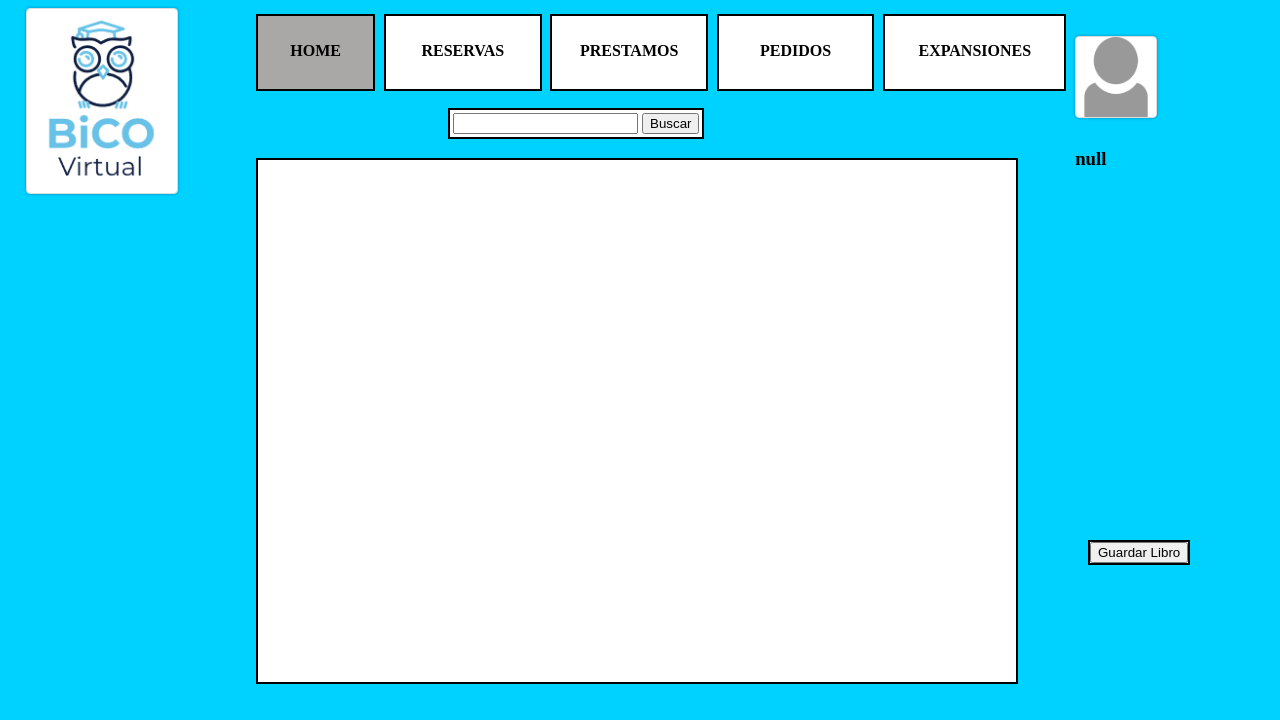
Repository: i72frpeu/IW_Bien
Page: http://localhost/Trabajo_IW/Home (Admin).jsp
An editor plug-in stored every save of this project. The page is shown before and after the next save, followed by the edit.
The browser window is 1280 px wide. The pictures show the whole page.
The page is served by Tomcat 9. Other server files are loaded and not shown.

Above is the page before, as saved 2020-05-27 17:02:48.

### WorkSpace/Trabajo IW/WebContent/Home (Admin).jsp
<%@ page language="java" contentType="text/html; charset=ISO-8859-1" pageEncoding="ISO-8859-1"%>
<%@ include file="Includes/headeradminhome.jsp" %>
<jsp:useBean id="listaLibros" class="trabajo.IW.ListalibrosBean" scope="session" />

<!DOCTYPE html>

<html>

<head>
	<meta charset="ISO-8859-1">
	<title>Home (Admin)</title>
	<link rel="stylesheet" type="text/css" href="CSS/headeradmin.css">
	<link rel="stylesheet" type="text/css" href="CSS/wf4.0.css">
</head>

<body>
  <!--Roll de artículos-->

  <div class="buscador">
  	<form>
  		<table>
  		<tr>
  		<td><input type="text" name="buscar" required></td>
  		<td><input type="submit" value="Buscar"></td>
  		</tr>
  		</table>
  	</form>
  </div>

  <div class="div_home">
    <table class="dos">
    <% for (int i = 0; i < listaLibros.getsize(); i++){%>
        <tr>
          <td>
              <table class="uno">
                  <tr>
                    <td class="td_user_img"><img src="img/libro.png" alt="IMG_USER" class="img_user_2"></td>
                    <td> <h3><%= listaLibros.getLibro(i).getTitulo()  %></h3> </td>
                    <td class="td_user_des">Aqui va la descripcion que será muy larga</td>
                    <td><form action = Controlador/Libro.jsp>
                    	<input type="hidden" name="titulo" value=<%= listaLibros.getLibro(i).getTitulo() %>>
    					<input type="submit" value="Libro">
    				</form>
                    </td>
                  </tr>
                </table>
          </td>
        </tr>
        <%}%>
    </table>
  </div>

  <div class="guardar_libro">
  <a href="Vistas/Guardar Libro.jsp"><button>Guardar Libro</button></a>
  </div>

</body>

</html>

### WorkSpace/Trabajo IW/WebContent/Includes/headeradminhome.jsp
<jsp:useBean id="Usuario" class="trabajo.IW.UsuarioBean" scope="session" />
<!DOCTYPE html>
<html>

<head>
	<meta charset="ISO-8859-1">
</head>

<body>
  <header class="main-header">
    <!--Definimos el logo-->
    <img src="img/logo.PNG" alt="LOGO" class="logo_home">
    <!--Enlace a HOME-->
	<a href="Controlador/Home.jsp" class="link_home"><strong>HOME</strong></a>
    <!--Enlace a Reservas-->
    <a href="Vistas/Home Reservas.jsp" class="link_amigos"><strong>RESERVAS</strong></a>
    <!--Enlace a Prestamos-->
    <a href="Vistas/Home Prestamos.jsp" class="link_buscador"><strong>PRESTAMOS</strong></a>
    <!-- Enlace pedidos -->
    <a href="Vistas/Home Pedidos.jsp" class="link_foro"><strong>PEDIDOS</strong></a>
    <!--Definimos imagen usuario-->
    <a href="Vistas/Home Expansiones.jsp" class="link_Expansiones"><strong>EXPANSIONES</strong></a>
    <div>
      <img src="img/profile-42914_960_720.png" alt="IMG_USER" class="img_user">
      <div class="options_user">
      	<h3><jsp:getProperty name="Usuario" property="usuario" /></h3>
      </div>
    </div>
  </header>
 </body>
 </html>

### WorkSpace/Trabajo IW/src/trabajo/IW/UsuarioBean.java
package trabajo.IW;
import java.io.*;
import java.util.Scanner;
import java.io.IOException;
import java.io.Writer;
import java.io.BufferedWriter;
import java.io.FileWriter;

/**
 * Clase Usuario que contiene la informacion de los usuarios del sistema
 */
public class UsuarioBean {

  private int id;
  private int tipo; //0 = Admin, 1 = Alumno, 2 = Profesor
  private String nombre;
  private String apellido1;
  private String usuario;
  private String password;
  private String email;
  private String carnet_universidad;

  /**
   * Constructor de la clase Usuario sin parametrizar
   */
	public UsuarioBean(){
		this.id = -1;
		this.tipo = -1;
		this.nombre = null;
		this.apellido1 = null;
		this.usuario = null;
		this.password = null;
		this.email = null;
		this.carnet_universidad = null;
	}
	/**
	 * Contructor de la clase Usuario con parametros
	 * @param id
	 * @param tipo
	 * @param nombre
	 * @param apellido1
	 * @param apellido2
	 * @param usuario
	 * @param password
	 * @param email
	 * @param carnet_universidad
	 */
  public UsuarioBean(int id, int tipo, String nombre, String apellido1, String apellido2, String usuario, String password, String email, String carnet_universidad){
		this.id = id;
    this.tipo = tipo;
    this.nombre = nombre;
    this.apellido1 = apellido1;
    this.usuario = usuario;
    this.password = password;
    this.email = email;
    this.carnet_universidad = carnet_universidad;
	}
  /**
   * Observador de ID
   * @return Identificador del Usuario
   */
  public int getID(){
		return id;
	}
  /**
   * Obeservador de Tipo
   * @return Tipo de Usuario
   */
  public int getTipo(){
		return tipo;
	}
  /**
   * Observador de Nombre
   * @return Nombre del Usuario
   */
	public String getNombre(){
		return nombre;
	}
	/**
	 * Observador de Apellido1
	 * @return Apellido de usuario
	 */
  public String getApellido1(){
    return apellido1;
  }
  /**
   * Observador de Usuario
   * @return Usuario de Usuario
   */
  public String getUsuario(){
		return usuario;
	}
  /**
   * Observador de Password
   * @return Contraseña de Usuario
   */
  public String getPassword(){
		return password;
	}
  /**
   * Observador de Email
   * @return Email de Usuario
   */
  public String getEmail(){
		return email;
	}
  /**
   * Observador de Carnet
   * @return Carnet de Usuario
   */
  public String getCarnet(){
		return carnet_universidad;
	}
  /**
   * Modificador de ID
   * @param id
   */
  public void setID(int id){
    this.id = id;
  }
  /**
   * Modificador de Tipo
   * @param tipo
   */
  public void setTipo(int tipo){
    this.tipo = tipo;
  }
  /**
   * Modificador de Nombre
   * @param nombre
   */
  public void setNombre(String nombre){
    this.nombre = nombre;
  }
  /**
   * Modificador de Apellido1
   * @param apellido1
   */
  public void setApellido1(String apellido1){
    this.apellido1 = apellido1;
  }
  /**
   * Modificador de Usuario
   * @param usuario
   */
  public void setUsuario(String usuario){
    this.usuario = usuario;
  }
  /**
   * Modificador de Password
   * @param password
   */
  public void setPassword(String password){
    this.password = password;
  }
  /**
   * Modificador de Email
   * @param email
   */
  public void setEmail(String email){
    this.email = email;
  }
  /**
   * Modificador de Carnet
   * @param carnet_universidad
   */
  public void setCarnet(String carnet_universidad){
    this.carnet_universidad = carnet_universidad;
  }
  /**
   * Iniciador de Sesion del Usuario
   * @param email
   * @param password
   * @return True si se inicia sesion, false si no se inicia
   */
  public boolean iniciarSesion(String email, String password){
	  File f1 = new File("Usuarios.csv");
	  if(f1.exists()) {
		  Scanner fich = null;
		  try {
			  fich = new Scanner(f1);
			  while(fich.hasNext()) {
				  String[] linea = fich.nextLine().split(",");
				  String comp = linea[6];
				  if(comp.equals(email)) {
					 String comp_pass = linea[5];
					 if(comp_pass.equals(password)) {
						 this.setID(Integer.parseInt(linea[0]));
						 this.setTipo(Integer.parseInt(linea[1]));
						 this.setNombre(linea[2]);
						 this.setApellido1(linea[3]);
						 this.setUsuario(linea[4]);
						 this.setEmail(linea[6]);
						 this.setCarnet(linea[7]);

						 return true;
					 }
				  }
			  }
		  }catch(IOException e) {
				System.out.println(e);
		  }finally{
				fich.close();
		}
	  }else {

	  }
	  return false;
  }

  /**
   * Resgistra a Usuario en el sistema
   * @param id
   * @param tipo
   * @param nombre
   * @param apellido1
   * @param usuario
   * @param password
   * @param email
   * @param carnet_universidad
   * @return True si se ha podido registrar, false si no se ha podido
   * @throws IOException
   */
  public boolean registrarse(int id, int tipo, String nombre, String apellido1, String usuario, String password, String email, String carnet_universidad) throws IOException{
	  Writer output = new BufferedWriter(new FileWriter("Usuarios.csv",true));
    String data = id + "," + tipo + "," + nombre + "," + apellido1 + "," + usuario + "," + password + "," + email + "," + carnet_universidad;
    try{
  	   output.append(data + "\n");
  	  output.close();
  	  return true;
    }catch(IOException e) {
	  System.out.println(e);
    }finally{
  	  output.close();
    }
    return false;
  }

  /**
   * Calcula el numero de usuarios en el sistema
   * @return numero de usuarios en el sistema
   */
  public int numeroUsers() {
	  File f1 = new File("Usuarios.csv");
	  if(f1.exists()) {
		  Scanner fich = null;
		  int cont = 0;
		  try {
			  fich = new Scanner(f1);
			  while(fich.hasNext()) {
				  	fich.nextLine();
				  	cont++;
			  }
		  }catch(IOException e) {
				System.out.println(e);
		  }finally{
				fich.close();
		  }
		 return cont+1;
  }
	return -1;

}

}

### WorkSpace/Trabajo IW/src/trabajo/IW/ListalibrosBean.java
package trabajo.IW;

import java.util.ArrayList;
import java.util.List;

import trabajo.DAO.LibroDAO;
/**
 * Clase de lista de Libros
 */
public class ListalibrosBean {
	private List<LibroDAO> listaLibros;

	/**
	 * Constructor de la lista de Libros
	 */
	public ListalibrosBean() {
		this.listaLibros = new ArrayList<LibroDAO>();
	}
	/**
	 * Observador de listaLibros
	 * @return Lista de libros
	 */
	public List<LibroDAO> getListaLibros() {
		return listaLibros;
	}
	/**
	 * Modificador de listaLibros
	 * @param listaLibros
	 */
	public void setListaLibros(List<LibroDAO> listaLibros) {
		this.listaLibros = listaLibros;
	}
	/**
	 * Carga los libros en el sistema
	 */
	public void loadLibros() {
		if(listaLibros.size() != 0) {

		}else {
			for(int i = 0; i < 8; i++) {
				LibroDAO aux = new LibroDAO();
				aux.load_libro_aleatorio(i+1);
				if(aux.getAutor() != null) {
					listaLibros.add(aux);
				}
			}
		}
	}
	/**
	 * Añade un libro a la lista
	 * @param aux
	 */
	public void addlibro(LibroDAO aux) {
		listaLibros.add(aux);
	}
	/**
	 * Observador de libro
	 * @param i
	 * @return Libro de la lista con identificador "i"
	 */
	public LibroDAO getLibro(int i) {
		return this.listaLibros.get(i);
	}
	/**
	 * Calcula los libros que hay en la lista
	 * @return Numero de libros en la lista
	 */
	public int getsize() {
		return listaLibros.size();
	}

}

### WorkSpace/Trabajo IW/WebContent/CSS/headeradmin.css
body
{
	background-color: rgb(0,210,255);
}


/*153x100 pixeles*/
.logo_home
{
	position: fixed;
	left: 2%;
	width: 150px;
	margin-right: 5%;
	border: 1px solid #ddd;
  	border-radius: 4px;
  	box-shadow: 0 0 2px 1px rgba(0, 140, 186, 0.5);
}

.img_user
{
	position: fixed;
	left: 82%;
	top: 5%;
	width: 80px;
	height: 80px;
	margin-left: 2%;
	border: 1px solid #ddd;
  	border-radius: 4px;
  	box-shadow: 0 0 2px 1px rgba(0, 140, 186, 0.5);
}
.options_user
{
	position: fixed;
	top: 18%;
	left: 84%;
}


.link_home
{
	background-color: white;
	border: 2px solid black;
	color: black;
	text-decoration: none;
	padding: 2%;
	left: 20%;
	top:2%;
	width: 5%;
	height: 3%;
	text-align: center;
	position: fixed;
}

.link_amigos
{
	background-color: white;
	border: 2px solid black;
	color: black;
	text-decoration: none;
	padding: 2%;
	left: 30%;
	top:2%;
	width: 8%;
	height: 3%;
	text-align: center;
	position: fixed;
}

.link_buscador
{
	background-color: white;
	border: 2px solid black;
	color: black;
	text-decoration: none;
	padding: 2%;
	left: 43%;
	top:2%;
	width: 8%;
	height: 3%;
	text-align: center;
	position: fixed;
}

.link_foro
{
	background-color: white;
	border: 2px solid black;
	color: black;
	text-decoration: none;
	padding: 2%;
	left: 56%;
	top:2%;
	width: 8%;
	height: 3%;
	text-align: center;
	position: fixed;
}

.link_Expansiones
{
	background-color: white;
	border: 2px solid black;
	color: black;
	text-decoration: none;
	padding: 2%;
	left: 69%;
	top:2%;
	width: 10%;
	height: 3%;
	text-align: center;
	position: fixed;
}

div.div_lista_amigos
{
	background-color: white;
	border: 2px solid black;
	position: fixed;
	left: 2%;
	top: 40%;
	width: 10%;
	height: 45%;
	padding: 2%;
	overflow: auto;
}

.boton_cir
{
	border-radius: 200px 200px 200px 200px;
	-moz-border-radius: 200px 200px 200px 200px;
	-webkit-border-radius: 200px 200px 200px 200px;
	left: 85%;
	top: 75%;
	width: 100px;
	height: 100px;
	font-size: 80px;
	position: fixed;
	border: 0;
	color: white;
	background-color: rgb(0, 46, 255);
	box-shadow: 0 4px 8px 0 rgba(0, 0, 0, 0.2), 0 6px 20px 0 rgba(0, 0, 0, 0.19);
 }

a.sobre
{
	position: fixed;
	left: 30%;
	top: 96%;
}

a.tecnico
{
	position: fixed;
	left: 60%;
	top: 96%;
}

.div_home
{
	background-color: white;
	border: 2px solid black;
	position: fixed;
	left: 20%;
	right: 20.5%;
	top:22%;
	bottom: 5%;
	color: black;
	overflow: auto;
}

.img_user_2
{
	top: 5px;
	left: 5px;
	height: 50px;
	width: 50px;
	border: 1px solid #ddd;
  	border-radius: 4px;
}
table.uno
{
	border: 2px solid black;
	border-spacing: 20px 10px;

	width: 100%;

}

table.dos
{
	border: 2px solid white;
	border-spacing: 10px;
	width: 100%;

}
.td_user_des
{
	border: 2px solid black;
	width: 50%;
}

.buscador
{
	position: relative;
	top: 2%;
	left: 15%;

}
.q_buscador
{
	width: 60%;
}

### WorkSpace/Trabajo IW/WebContent/CSS/wf4.0.css
.link_home
{
	background-color: rgb(170, 167, 167);
}

div.buscador
{
	background-color: white;
	border: 2px solid black;
	position: fixed;
	top: 15%;
	left: 35%;
}

table.tablalibro
{
	width: 100%;
	border: 2px;
	height: 100%;
}

.tdlibro
{
	border: 2px solid black;
}

.autor
{
	position: relative;
	left: 40px;
}

.paginas
{
	position: relative;
	left: 10px;
}

.imagenlibro
{
	position: relative;
	top: 1px;
	left: 40px;
	height: 100px;
	width: 100px;
	border: 1px solid #ddd;
  	border-radius: 4px;
}

.guardar_libro
{
	background-color: white;
	border: 2px solid black;
	position: fixed;
	top: 75%;
	left: 85%;
}

.nombrelibro
{
	height: 80px;
	width: 100px;
}

.autorlibro{
	height: 80px;
	width: 100px;
}

After the next save:
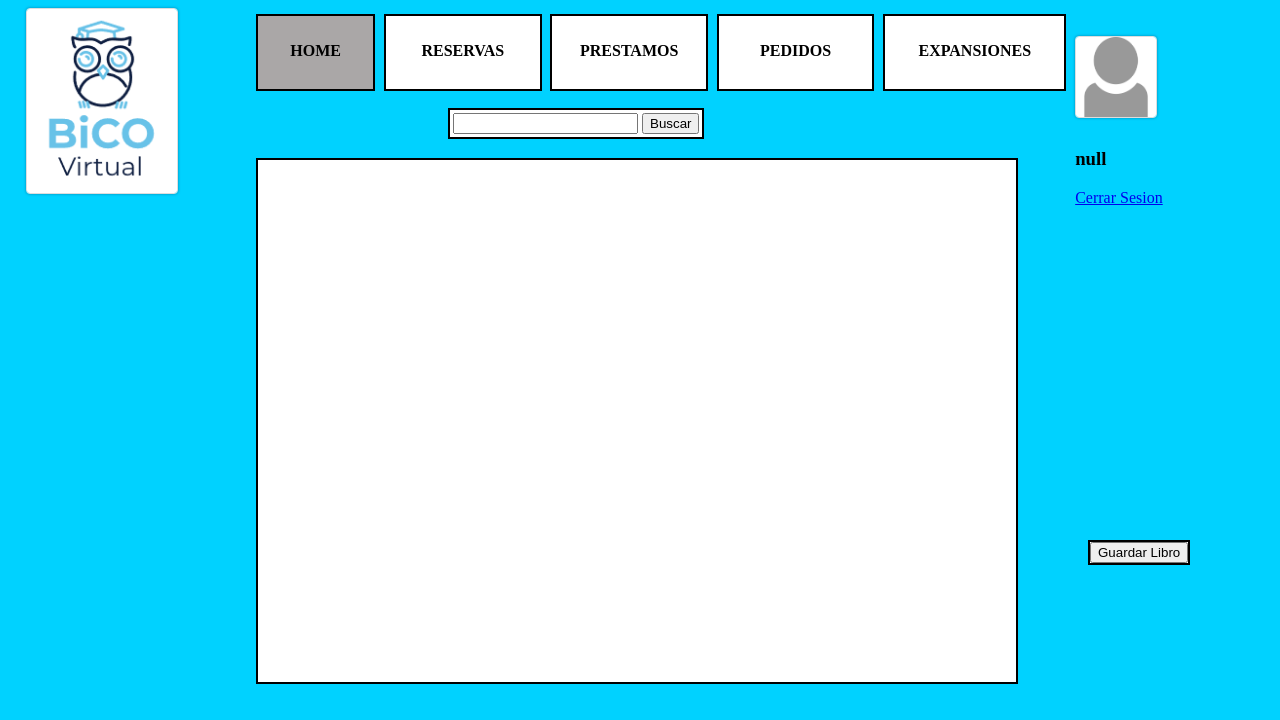
Saved 8 s later.
--- a/WorkSpace/Trabajo IW/WebContent/Includes/headeradminhome.jsp
+++ b/WorkSpace/Trabajo IW/WebContent/Includes/headeradminhome.jsp
@@ -24,6 +24,7 @@
       <img src="img/profile-42914_960_720.png" alt="IMG_USER" class="img_user">
       <div class="options_user">
       	<h3><jsp:getProperty name="Usuario" property="usuario" /></h3>
+      	<a href="index.jsp"> Cerrar Sesion </a>
       </div>
     </div>
   </header>
